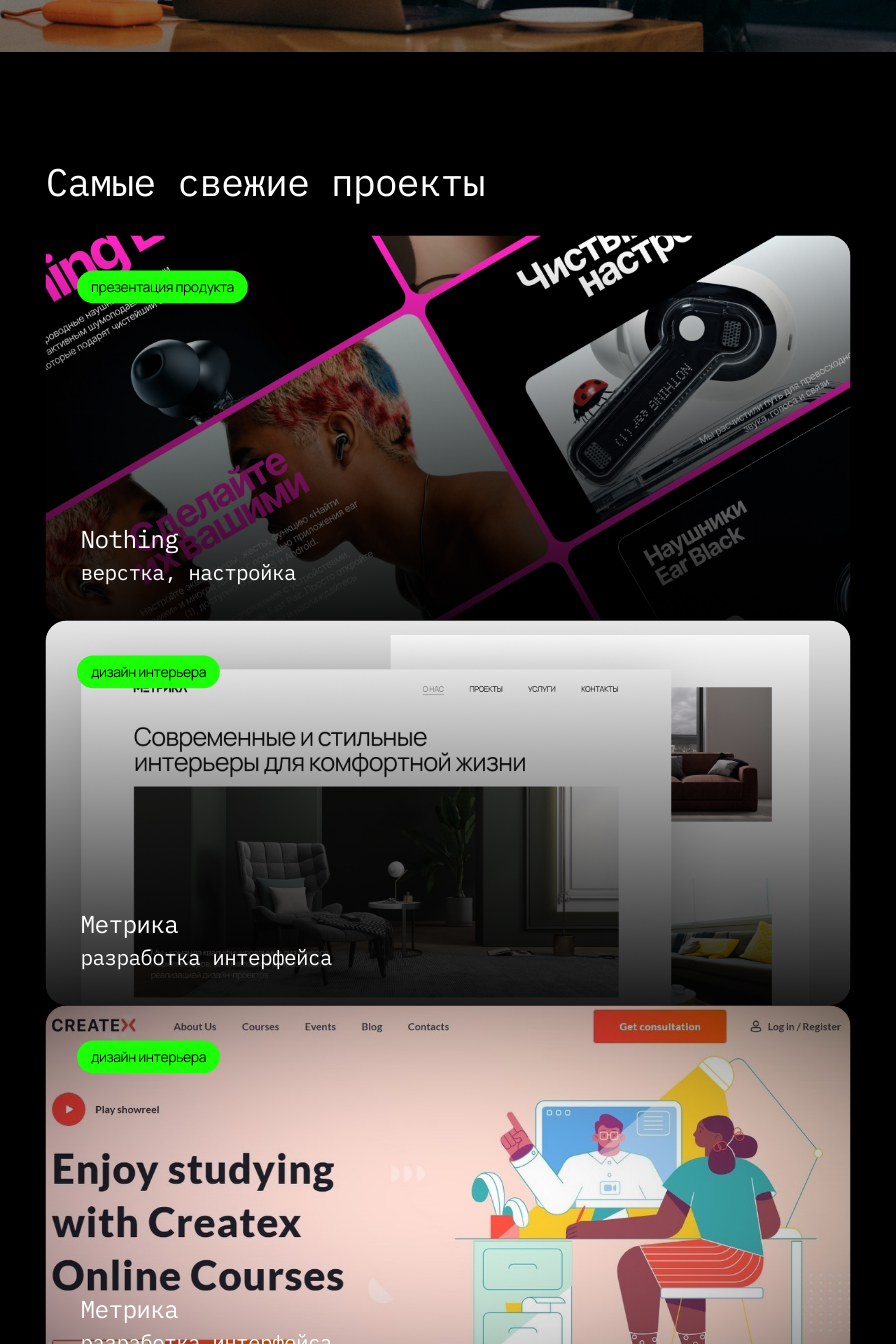
Repository: Huseynov98/portfolio-site
Page: index.html
The author's editor kept a copy of each file at every save. The page is drawn from the files as they stood at one save, then again after the next save.
The browser window is 1280 px wide. The pictures show the part of the page from y = 645 to 2565 px (the page is 6927 px tall), at 70% of full size.
A picture or video elsewhere on the page could not be fetched, so the positions and the page height are approximate.

Above is the page before, as saved 2023-06-24 14:35:30.

### index.html
<!DOCTYPE html>
<html lang="en">
  <head>
    <meta charset="UTF-8" />
    <meta http-equiv="X-UA-Compatible" content="IE=edge" />
    <meta name="viewport" content="width=device-width, initial-scale=1.0" />
    <link rel="preconnect" href="https://fonts.googleapis.com" />
    <link rel="preconnect" href="https://fonts.gstatic.com" crossorigin />
    <link
      href="https://fonts.googleapis.com/css2?family=IBM+Plex+Mono:wght@400;700&display=swap"
      rel="stylesheet"
    />
    <link
      href="https://fonts.googleapis.com/css2?family=Manrope&display=swap"
      rel="stylesheet"
    />
    <link rel="stylesheet" href="styles/styles.css" />
    <link rel="stylesheet" href="styles/reset.css" />
    <title>Portfolio</title>
  </head>
  <body>
    <div class="welcome-block">
          <nav class="bloc-nav">
            <div class="box-logo">
              <a class="logo" href="">Huseynov</a>
            </div>
            <div class="box-link">
              <a class="nav-link" href="#portfolio"> Портфолио </a>
              <a class="nav-link" href="#benefits"> Компетенции </a>
              <a class="nav-link" href="#capability"> УСЛУГИ </a>
              <a class="nav-link" href="#connection"> КОНТАКТЫ </a>
            </div>
            <div class="js-burger-btn burger-btn"></div>
          </nav>
        <div class="box-welcom">
        <p class="text-welcom-block">
          Разрабатываю имиджевые сайты для малого и среднего бизнеса, которые
          повышают престиж компании и позволяют выделиться на фоне конкурентов
        </p>
        <h1 class="title-welcom-block">
          Привет, я Рустам — фронтенд разарботчик и дизайнер сайтов
        </h1>
      </div>
    </div>
    <section  class="portfolio-section">
      <h2 id="portfolio" class="title-portfolio">Самые свежие проекты</h2>
      <ul class="box-portfolio">
        <li class="block-portfolio">
          <a href="https://huseynov98.github.io/nothing-ear/" target="_blank">
            <p class="description-portfolio">презентация продукта</p>
          <img class="img-portfolio" src="resources/nothing-ear.png" alt="" />
          <p class="title-block-portfolio">Nothing</p>
          <p class="text-portfolio">верстка, настройка</p>
        </a>
        </li>
        <li class="block-portfolio">
          <a href="https://huseynov98.github.io/metrica/" target="_blank">
            <p class="description-portfolio">дизайн интерьера</p>
          <img class="img-portfolio" src="resources/metrica.png" alt="" />
          <p class="title-block-portfolio">Метрика</p>
          <p class="text-portfolio">разработка интерфейса</p>
        </a>
        </li>
        <li class="block-portfolio">
          <a href="https://huseynov98.github.io/createx/" target="_blank">
            <p class="description-portfolio">дизайн интерьера</p>
          <img class="img-portfolio" src="./resources/createx.jpg" alt="" />
          <p class="title-block-portfolio">Метрика</p>
          <p class="text-portfolio">разработка интерфейса</p>
        </a>
        </li>
      </ul>
      <a href="" class="projects-button">
        <p>Смотреть все проекты</p>
      </a>
    </section>
    <section id="benefits" class="section-benefits">
      <h3 class="heading-benefits">Мои компетенции</h3>
      <ul class="box-benefits">
        <li class="block-benefits">
          <div class="enumeration-benefits">
            <picture>
              <source
                media="(max-width: 1199px)"
                srcset="resources/html-phone.png"
              />
              <img src="resources/html.png" alt="" />
            </picture>
          </div>
          <h4 class="subtitle-benefits">HTML и CSS</h4>
          <p class="text-benefits first-text-benefits">
            это основа фронтенд разработки. Умение создавать и правильно
            структурировать HTML-документы, а также применять стили к этим
            документам на CSS, является обязательным навыком для каждого
            фронтенд разработчика.
          </p>
        </li>
        <li class="block-benefits">
          <div class="enumeration-benefits">
            <picture>
              <source
                media="(max-width: 1199px)"
                srcset="resources/js-phone.png"
              />
              <img src="resources/js.png" alt="" />
            </picture>
          </div>
          <h4 class="subtitle-benefits">JavaScript</h4>
          <p class="text-benefits">
            это язык программирования, который используется для создания
            динамического и интерактивного пользовательского интерфейса. Хороший
            фронтенд разработчик должен быть знаком с основами JavaScript,
            включая работу с DOM-деревом, асинхронными запросами и манипуляцией
            данными на стороне клиента.
          </p>
        </li>
        <li class="block-benefits">
          <div class="enumeration-benefits">
            <picture>
              <source
                media="(max-width: 1199px)"
                srcset="resources/phone-phone.png"
              />
              <img src="resources/phone.png" alt="" />
            </picture>
          </div>
          <h4 class="subtitle-benefits third-subtitle-benefits">
            Работа с библиотеками и фреймворками
          </h4>
          <p class="text-benefits">
            фронтенд разработчики должны быть знакомы с различными библиотеками
            и фреймворками, такими как React, Angular, Vue и другими. Умение
            использовать готовые решения, адаптировать их под нужды проекта и
            расширять их функциональность, является очень важным навыком.
          </p>
        </li>
        <li class="block-benefits">
          <div class="enumeration-benefits">
            <picture>
              <source
                media="(max-width: 1199px)"
                srcset="resources/development-phone.png"
              />
              <img src="resources/development.png" alt="" />
            </picture>
          </div>
          <h4 class="subtitle-benefits subtitle-benefits-last">
            Разработка для мобильных устройств и адаптивная верстка
          </h4>
          <p class="text-benefits">
            фронтенд разработчики должны быть знакомы с различными библиотеками
            и фреймворками, такими как React, Angular, Vue и другими. Умение
            использовать готовые решения, адаптировать их под нужды проекта и
            расширять их функциональность, является очень важным навыком.
          </p>
        </li>
      </ul>
    </section>
      <section class="section-capability">
        <p class="capability-heading">Помогаю реализовать широкий спектр задач</p>

          <div id="capability" class="box-capability">
          <picture>
            <source
                media="(max-width: 767px)"
                srcset="resources/full-construction-phone.png"
              />
              <img
              class="capability-img"
              src="resources/full-construction.png"
              alt=""
            />
          </picture>
          <div class="capability">
            <h5 class="heading-box">Разработка сайта под ключ</h5>
            <p>
              Это создание дизайн веб-сайтов, созданный для удобства пользователя и
              решения бизнес-задач Сайты должны быть понятными и удобными, ведь чем
              понятнее сайт, тем быстрее пользователь совершит целевое действие
            </p>
          </div>
          </div>

        <div class="box-capability">
          <picture>
            <source
                media="(max-width: 767px)"
                srcset="resources/layout-phone.png"
              />
              <img class="capability-img" src="resources/layout.png" alt="" />
          </picture>
          <div class="capability">
            <h5 class="heading-box">Верстка сайтов</h5>
            <p>
              Это процесс создания HTML-документов и применения к ним стилей на CSS.
              Фронтенд разработчик может помочь создать привлекательный и удобный
              интерфейс для вашего сайта
            </p>
          </div>
        </div>

        <div class="box-capability">
          <picture>
            <source
                media="(max-width: 767px)"
                srcset="resources/mobile-interfaces-phone.png"
              />
              <img class="capability-img" src="resources/mobile-interfaces.png" alt="" />
          </picture>
          <div class="capability">
            <h5 class="heading-box">Разработка мобильного интерфейса</h5>
            <p>
              Это процесс создания интерактивных элементов на странице с помощью
              JavaScript. Фронтенд разработчик может помочь создать динамический и
              удобный пользовательский интерфейс для вашего сайта или приложения.
            </p>
          </div>
        </div>
      </section>

    <div id="connection" class="connection">
        <div class="drawing"></div>
      <div class="box-connection">
        <p class="connection-title">Для связи со мной заполните простую форму</p>
        <input class="input-connection" type="text" name="name" placeholder="Имя Фамилия">
        <input class="input-connection" type="email" name="email" placeholder="example@mail.com">
        <button class="btn-connection">Отправить</button>
      </div>
    </div>

     <footer class="footer">
      <div class="footer-box">
        <p class="footer-title">Портфолио фротнтенд-разработчика Кирилла Немчицкого</p>
        <div class="footer-links">
          <a class="footer-connection" href="mailto:cirill77556goos@mail.com"
          >mail</a
        >

        <a class="footer-connection" href="https://t.me/KNemch"
          >telegram</a
        >
        <a
          class="footer-connection"
          href="https://www.instagram.com/kirill_niemczyk/?hl=ru"
          >instagram</a
        >
        </div>
    </div>
      <div class="footer-subtext">
        <p class="footer-text">Все права защищены. 2023</p>
        <p class="footer-text">политика обработки данных</p>
      </div>
    </footer>
    <div class="js-burger burger">
      <div class="js-contact__burger burger__contact">
          <nav class="burger-nav">
            <div class="burger-logo-link">
              <a class="burger-logo">NEMCHITSKY</a>
            </div>
              <a class="burger-nav-link nav-link-active" href="#portfolio">портфолио</a>
              <a class="burger-nav-link " href="#benefits">компетенции</a>
              <a class="burger-nav-link " href="#capability">УСЛУГИ</a>
              <a class="burger-nav-link" href="#connection">КОНТАКТЫ</a>
          </nav>
              <div class="burger-contact-box">
                <p id="contact" class="burger-contact-title">для связи:</p>
                <div class="burger-contact">
                 <div class="burger-link">
                    <a class="burger-connection" href="mailto:cirill77556goos@mail.com"
                    >mail</a
                  >
                  <a class="burger-connection" href="https://t.me/KNemch"
                    >telegram</a
                  >
                  <a
                    class="burger-connection"
                    href="https://www.instagram.com/kirill_niemczyk/?hl=ru"
                    >instagram</a
                  >
                 </div>
                </div>
              </div>
      </div>
    </div>
    <script src="burger.js"></script>
  </body>
</html>

### styles/styles.css
@import "welcom-block.css";
@import "portfolio.css";
@import "benefits.css";
@import "capability.css";
@import "connection.css";
@import "footer.css";
@import "nav.css";
@import "burger.css";

html {
  scroll-behavior: smooth;
}
body {
  background-color: black;
  font-family: "IBM Plex Mono", monospace;
  font-family: "Manrope", sans-serif;
}

### styles/welcom-block.css
.welcome-block {
  width: 100%;
  height: 100vh;
  background-size: 100%;
  margin-top: 0 auto;
  background-image: url("../resources/men.png");
  background-size: 100%;
  background-repeat: no-repeat;
  background-position: 50%;
  background-size: cover;
  display: flex;
  flex-direction: column;
  flex-wrap: nowrap;
  justify-content: space-between;
}
.box-welcom {
  width: 1150px;
  margin: 0 auto;
  display: flex;
  flex-direction: column;
  justify-content: flex-end;
  gap: 29px;
  padding-bottom: 94px;
}
.text-welcom-block {
  width: 430px;
  height: 103px;
  left: 125px;
  top: 334px;

  font-family: "IBM Plex Mono";
  font-style: normal;
  font-weight: 400;
  font-size: 20px;
  line-height: 26px;
  letter-spacing: -0.03em;

  color: #ffffff;
}
.title-welcom-block {
  width: 919px;
  height: 205px;
  font-family: "IBM Plex Mono";
  font-style: normal;
  font-weight: 400;
  font-size: 80px;
  line-height: 70px;
  letter-spacing: -0.03em;

  color: #1bff07;
}
@media (max-width: 1199px) {
  .box-welcom {
    width: 100%;
    padding: 0px 0px 60px 10px;
  }
  .title-welcom-block {
    font-size: 60px;
    line-height: 70px;
    width: 727px;
    height: 205px;
  }
}
@media (max-width: 767px) {
  .welcome-block{
    background-image: url("../resources/men-phone.png");
  }
  .box-welcom {
    padding: 0px 12px 60px 10px;
  }
  .text-welcom-block{
    font-size: 15px;
line-height: 20px;
width: 90%;
  }
  .title-welcom-block {
    font-size: 40px;
    line-height: 47px;
    width: 100%;
    height: auto;
  }
}

### styles/portfolio.css
.portfolio-section {
  width: 1150px;
  margin: 0 auto;
}
.title-portfolio {
  font-family: "IBM Plex Mono";
  font-style: normal;
  font-weight: 400;
  font-size: 55px;
  line-height: 72px;
  margin-top: 150px;
  margin-bottom: 40px;
  /* identical to box height */
  letter-spacing: -0.03em;
  color: #ffffff;
}

.block-portfolio {
  position: relative;
  width: 1150px;
  height: 550px;
  margin: 0 auto;
  border-radius: 30px;
  box-shadow: 200px 0 0 0 rgba(0, 0, 0, 0.3) inset;
}
.img-portfolio {
  position: relative;
  width: 100%;
  height: 100%;
  border-radius: 30px;
  background-repeat: no-repeat;
  object-fit: cover;
  object-position: 50%;
}
.title-block-portfolio {
  position: absolute;
  left: 50px;
  bottom: 94px;
  font-family: "IBM Plex Mono";
  font-style: normal;
  font-weight: 400;
  font-size: 35px;
  line-height: 46px;
  /* identical to box height */

  letter-spacing: -0.03em;

  color: #ffffff;
}
.text-portfolio {
  position: absolute;
  left: 50px;
  bottom: 50px;

  font-family: "IBM Plex Mono";
  font-style: normal;
  font-weight: 400;
  font-size: 30px;
  line-height: 39px;
  /* identical to box height */

  letter-spacing: -0.03em;

  color: #ffffff;
}
.description-portfolio {
  position: absolute;
  width: auto;
  height: auto;
  background: #1bff07;
  border-radius: 100px;
  font-size: 20px;
  line-height: 27px;
  letter-spacing: -0.03em;
  color: #000000;
  top: 50px;
  left: 45px;
  z-index: 100;
  font-family: "Manrope";
  font-style: normal;
  font-weight: 400;
  padding: 10px 20px 10px 20px;
}
.projects-button {
  width: 582px;
  height: 153px;
  margin-top: 80px;
  display: block;
  flex-direction: row;
  background: #1bff07;
  border-radius: 10px;
  text-align: center;
  font-family: "IBM Plex Mono";
  font-style: normal;
  font-weight: 400;
  font-size: 30px;
  line-height: 150px;
  text-decoration: none;
  text-align: center;
  letter-spacing: -0.03em;

  color: #000000;
}
.projects-button:hover {
  background: #000000;
  border: 1px solid #1bff07;
  border-radius: 4.67354px;
  color: #1bff07;
  text-decoration-color: #1bff07;
}
@media (max-width: 1199px) {
  .portfolio-section {
    width: 100%;
    padding: 0 15px 0 15px;
  }
  .block-portfolio {
    width: 100%;
    height: 445px;
  }
  .title-block-portfolio {
    left: 40px;
    bottom: 76px;
    font-size: 28px;
    line-height: 36px;
  }
  .text-portfolio {
    left: 40px;
    bottom: 40px;
    font-size: 24px;
    line-height: 31px;
  }
  .description-portfolio {
    font-size: 16px;
    line-height: 22px;
    padding: 8px 16px 8px 16px;
  }
  .projects-button {
    width: 460px;
    height: 124px;
    margin-top: 64px;
    font-weight: 400;
    font-size: 24px;
    line-height: 124px;
    color: #000000;
  }
}
@media (max-width: 767px) {
  .title-portfolio {
    font-size: 30px;
    line-height: 39px;
    margin-top: 100px;
    margin-bottom: 34px;
  }
  .portfolio-section {
    padding: 0 13px 0 12px;
  }
  .title-block-portfolio {
    left: 35px;
  }
  .text-portfolio {
    left: 35px;
    bottom: 50px;
    font-size: 16px;
    line-height: 21px;
  }
  .description-portfolio {
    font-size: 13px;
    line-height: 18px;
    padding: 6px 19.5px 6px 19.5px;
  }
  .projects-button {
    width: 100%;
    height: 80px;
    margin-top: 60px;
    font-size: 18px;
    line-height: 80px;
    color: #000000;
  }
}

### styles/benefits.css
.section-benefits {
  width: 1150px;
  margin: 0 auto;
}
.heading-benefits {
  font-family: "IBM Plex Mono";
  font-style: normal;
  font-weight: 400;
  font-size: 55px;
  line-height: 72px;
  margin-bottom: 80px;
  margin-top: 150px;
  letter-spacing: -0.03em;

  color: #ffffff;
}
.box-benefits {
  display: flex;
  flex-wrap: wrap;
  justify-content: space-between;
  row-gap: 40px;
}
.block-benefits {
  width: calc(50% - 5px);
  height: auto;
}
.enumeration-benefits {
  display: flex;
  background: #1bff07;
  border-radius: 10px;
  width: 45px;
  height: 44px;
  margin-left: 2px;

  align-items: center;
  justify-content: center;
}
.enumeration-benefits img {
  background-repeat: no-repeat;
  object-fit: cover;
  object-position: 50%;
}
.subtitle-benefits {
  width: auto;
  margin-top: 15px;
  margin-bottom: 16px;
  font-family: "IBM Plex Mono";
  font-style: normal;
  font-weight: 400;
  font-size: 35px;
  line-height: 46px;
  letter-spacing: -0.03em;
  color: #1bff07;
}

.text-benefits {
  width: 100%;
  font-family: "IBM Plex Mono";
  font-style: normal;
  font-weight: 400;
  font-size: 22px;
  line-height: 29px;
  letter-spacing: -0.03em;
  color: #ffffff;
}
.first-text-benefits {
  width: 535px;
}
.third-subtitle-benefits {
  margin-bottom: 54px;
}
@media (max-width: 1199px) {
  .section-benefits {
    width: 100%;
    padding: 0 13px 0 15px;
  }
  .box-benefits {
    row-gap: 36px;
  }
  .heading-benefits {
    font-size: 45px;
    line-height: 58px;
    margin-bottom: 60px;
  }
  .enumeration-benefits {
    background: #1bff07;
    border-radius: 10px;
    width: 36px;
    height: 36px;
    text-align: center;
    margin-left: 2px;
  }
  .subtitle-benefits {
    font-size: 28px;
    line-height: 36px;
    margin-top: 10px;
    margin-bottom: 13px;
  }
  .text-benefits {
    font-size: 18px;
    line-height: 23px;
  }
  .first-text-benefits {
    width: 95%;
  }
  .third-subtitle-benefits {
    margin-bottom: 46px;
  }
}
@media (max-width: 767px) {
  .box-benefits {
    align-content: flex-start;
    flex-direction: column;
    align-items: flex-start;
    gap: 60px;
  }
  .block-benefits {
    width: 100%;
    height: auto;
  }
  .heading-benefits {
    margin-bottom: 60px;
    margin-top: 100px;
  }
  .subtitle-benefits {
    margin-bottom: 15px;
  }
}

### styles/footer.css
.footer {
  width: 100%;
  height: 223px;
  margin: 0 auto;
  background: #ffffff;
  border-radius: 30px 30px 0 0;
}
.footer-box {
  width: 1150px;
  margin: 0 auto;
  display: flex;
  justify-content: space-between;
  padding-top: 76px;
}
.footer-links {
  display: flex;
  gap: 24px;
}
.footer-subtext {
  width: 1150px;
  display: flex;
  margin: 0 auto;
  justify-content: space-between;
  border-radius: 30px 30px 0 0;
}
.footer-title {
  font-family: "Manrope";
  font-style: normal;
  font-weight: 400;
  font-size: 22px;
  line-height: 30px;
  letter-spacing: -0.03em;
  color: #000000;
}

.footer-text {
  font-family: "Manrope";
  font-style: normal;
  font-weight: 400;
  font-size: 20px;
  line-height: 27px;
  letter-spacing: -0.03em;
  margin-top: 66px;
  color: #000000;
  opacity: 0.5;
}
.footer-connection {
  font-family: "Manrope";
  font-style: normal;
  font-weight: 400;
  font-size: 22px;
  line-height: 30px;
  letter-spacing: -0.03em;
  text-decoration: none;
  color: #000000;
}
.footer-connection:hover {
  opacity: 0.5;
}
@media (max-width: 1199px) {
  .footer {
    height: 156px;
  }
  .footer-box {
    width: 100%;
    padding: 51px 40px 0px 40px;
  }
  .footer-links {
    gap: 14px;
  }
  .footer-subtext {
    width: 100%;
    padding: 0px 40px 0px 40px;
  }
  .footer-title {
    font-size: 16px;
    line-height: 22px;
  }
  .footer-text {
    font-size: 14px;
    line-height: 19px;
    margin-top: 43px;
    width: auto;
  }
  .footer-connection {
    font-size: 16px;
    line-height: 22px;
  }
}
@media (max-width: 767px) {
  .footer {
    height: 249px;
  }
  .footer-box {
    flex-direction: column;
    row-gap: 20px;
    padding: 47px 12px 0px 13px;
  }
  .footer-links {
    gap: 13px;
  }
  .footer-subtext {
    padding: 40px 12px 0px 13px;
    flex-direction: column;
    row-gap: 12px;
  }
  .footer-title {
    font-size: 15px;
    line-height: 20px;
  }
  .footer-text {
    font-size: 13px;
    line-height: 18px;
    margin-top: 0px;
    width: auto;
  }
  .footer-connection {
    font-size: 13px;
    line-height: 18px;
  }
}

### styles/nav.css
.bloc-nav{
  margin-top: 100px;
    width: 1150px;
    margin: 0 auto;
    display: flex;
    justify-content: space-between;
    align-items: center;
    padding-top: 36px;
  }
  .box-logo{
    background: #000000;
    border-radius: 100px;
    padding: 5px 15px 5px 15px;
    text-align: center;
  }
  .logo {
    text-decoration: none;
    font-family: "IBM Plex Mono";
    font-style: normal;
    font-weight: 700;
    font-size: 42.4138px;
    line-height: 36px;
    letter-spacing: -0.11em;
    text-transform: uppercase;
    color: #1bff07;
  }
  .box-link{
    display: flex;
    align-items: center;
    gap: 50px;
  }
  .nav-link {
    display: inline-block;
    font-family: "IBM Plex Mono";
    font-style: normal;
    font-weight: 400;
    font-size: 18px;
    line-height: 23px;
    letter-spacing: -0.03em;
    text-transform: lowercase;
    text-decoration: none;
    color: #ffffff;
  }
  .nav-link:hover {
    color: #1bff07;
  }

  @media (max-width: 1199px) {
    .bloc-nav{
      width: 100%;
      padding: 38px 16px 30px 13px;
    }
    .burger-btn{
      display: block;
    }
    .box-link{
      display: none;
    }
  }
  @media (max-width: 767px) {
    .box-logo{
      padding: 5px 15px 5px 15px;
    }
    .logo{
      font-size: 36px;
    }
  }

Loaded but not shown: styles/reset.css (common file); burger.js (24 lines, source omitted); styles/connection.css (153 lines, source omitted); styles/burger.css (128 lines, source omitted); styles/capability.css (131 lines, source omitted)

After the next save:
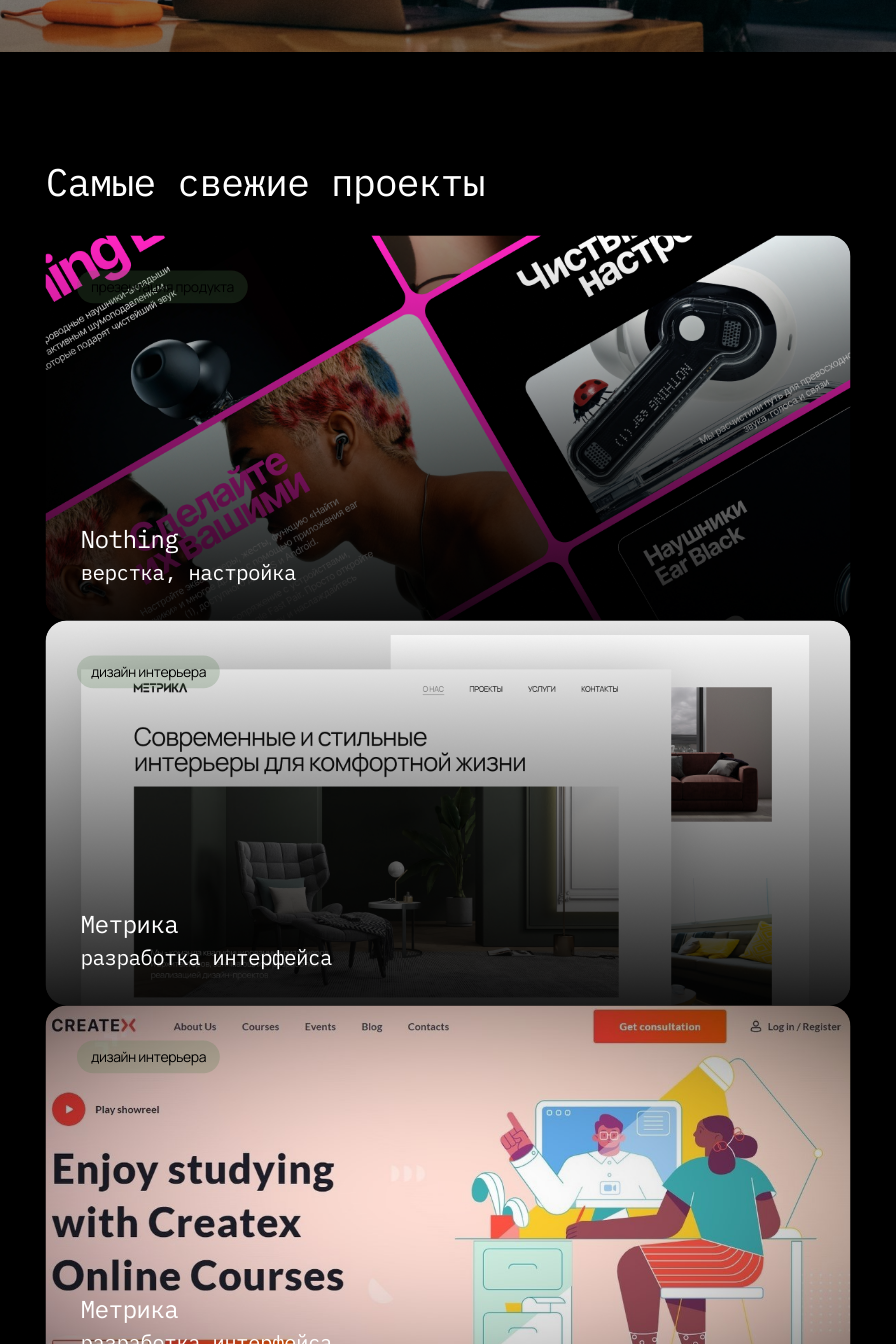
Saved 3 min 13 s later.
--- a/styles/portfolio.css
+++ b/styles/portfolio.css
@@ -67,7 +67,7 @@
   position: absolute;
   width: auto;
   height: auto;
-  background: #1bff07;
+  background: #4a77463b;
   border-radius: 100px;
   font-size: 20px;
   line-height: 27px;
